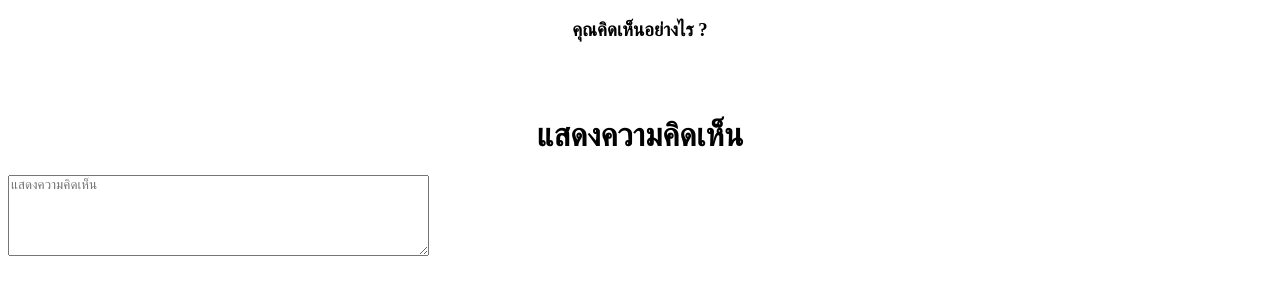
Repository: Wanaratkhamla/LabJavaWeb
Page: http://localhost/TestLabinMidterm/
These files come from the project's save history. The page is drawn as it stood at one moment and after the next save; the edit follows.
The browser window is 1280 px wide. The pictures show the whole page.
The page is served by Tomcat 9. Queries for data that is not in the repository find no rows.

Above is the page before, as saved 2017-02-28 11:56:41.

After the next save:
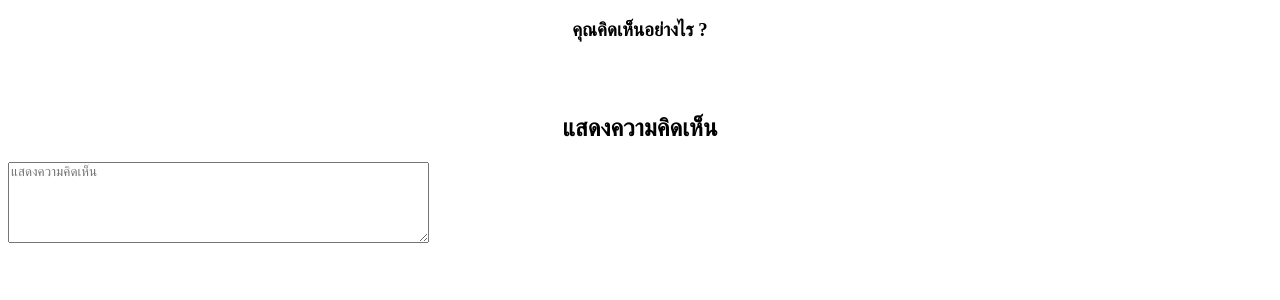
Saved 58 s later.
--- a/TestLabinMidterm/WebContent/index.jsp
+++ b/TestLabinMidterm/WebContent/index.jsp
@@ -67,7 +67,7 @@
 
 	<br>
 	<form action="ForumController" >
-	<h1 align="center">แสดงความคิดเห็น</h1>
+	<h2 align="center">แสดงความคิดเห็น</h2>
 	<input type="hidden" name="action" value="insertForum">
 	<textarea rows="5" cols="50" placeholder="แสดงความคิดเห็น"></textarea>
 	</form>
